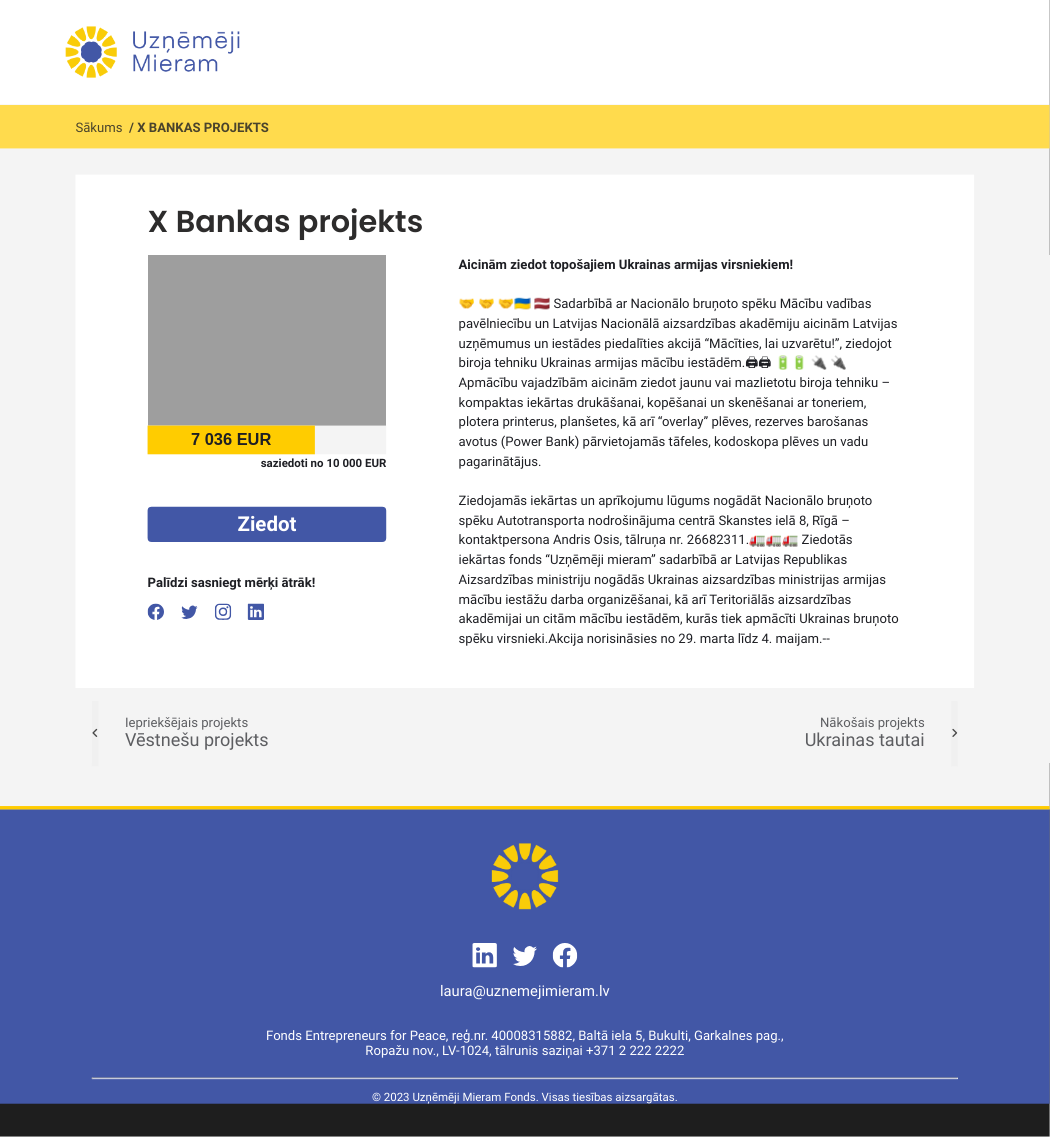
Repository: KatrinaPa/projekts11
Page: projekts-xbank.html
An editor plug-in stored every save of this project. The page is shown before and after the next save, followed by the edit.
The browser window is 1280 px wide. The pictures show the whole page, at 82% of full size.
Pictures or frames that could not be fetched are drawn as grey boxes.

Above is the page before, as saved 2023-05-30 23:46:29.
Console error: TypeError: Cannot read properties of null (reading 'children')

### projekts-xbank.html
<!DOCTYPE html>
<html lang="en">

<head>
    <meta charset="UTF-8">
    <meta http-equiv="X-UA-Compatible" content="IE=edge">
    <meta name="viewport" content="width=device-width, initial-scale=1.0">
    <title>X Banka</title>
    <link rel="preconnect" href="https://fonts.googleapis.com">
    <link rel="preconnect" href="https://fonts.gstatic.com" crossorigin>
    <link href="https://fonts.googleapis.com/css2?family=Poppins:wght@300;400;500;600;700&display=swap"
        rel="stylesheet">
    <link rel="preconnect" href="https://fonts.googleapis.com">
    <link rel="preconnect" href="https://fonts.gstatic.com" crossorigin>
    <link href="https://fonts.googleapis.com/css2?family=Poppins:wght@300;400;500;600&display=swap" rel="stylesheet">
    <link rel="stylesheet" href="./assets/main.css" />
    <link rel="stylesheet" href="./assets/projekti.css" />
    <link rel="stylesheet" href="https://cdnjs.cloudflare.com/ajax/libs/font-awesome/6.2.0/css/all.min.css" />
    <script src="assets/main.js" defer></script>
</head>

<body>
    <div class="panel">
        <header class="header">
            <nav class="navbar">
                <a href="sakums.html" id="project-nav-home"><img src="assets/images/UM_logo.png" alt="uznemejiMieram"
                        id="logo"></a>
                <div class="navigation">
                    <ul class="nav-menu">
                        <li class="nav-item"><a href="sakums.html" class="nav-link">Sākums</a></li>
                        <li class="nav-item"><a href="donate_projects.html" class="nav-link">Ziedot</a></li>
                    </ul>
                    <div class="hamburger">
                        <span class="bar"></span>
                        <span class="bar"></span>
                        <span class="bar"></span>
                    </div>
                </div>
            </nav>
        </header>
        <main>
            <section id="wrapper_project" class="section_project">
                <div class="project-nav">
                    <a href="sakums.html" id="project-nav-home">Sākums</a>
                    <p>/ X BANKAS PROJEKTS</p>
                </div>
                <div class="carousel_project">
                    <h1>X Bankas projekts</h1>
                    <div class="wrapper_donate_project">
                        <div class="donate_project-left">
                            <img src="assets/images/img_01.jpg" alt="">
                            <div class="thMeter_raised">
                                <div class="thMeter-wrapper">
                                    <button id="thMeter-proj-xbank">7 036 EUR</button>
                                    <p>saziedoti no 10 000 EUR</p>
                                </div>
                            </div>

                            <div class="btn_ziedot-project">
                                <a href="donate_Ukr-private-onetime.html" class="ziedot-proj"
                                    id="ziedot-proj-xbank">Ziedot</a>
                            </div>
                            <div class="share">
                                <p>Palīdzi sasniegt mērķi ātrāk!</p>
                                <div>
                                    <svg xmlns="http://www.w3.org/2000/svg" width="20" height="20" fill="#4257A6"
                                        class="bi bi-facebook" viewBox="0 0 16 16">
                                        <path
                                            d="M16 8.049c0-4.446-3.582-8.05-8-8.05C3.58 0-.002 3.603-.002 8.05c0 4.017 2.926 7.347 6.75 7.951v-5.625h-2.03V8.05H6.75V6.275c0-2.017 1.195-3.131 3.022-3.131.876 0 1.791.157 1.791.157v1.98h-1.009c-.993 0-1.303.621-1.303 1.258v1.51h2.218l-.354 2.326H9.25V16c3.824-.604 6.75-3.934 6.75-7.951z" />
                                    </svg>
                                    <svg xmlns="http://www.w3.org/2000/svg" width="20" height="20" fill="#4257A6"
                                        class="bi bi-twitter" viewBox="0 0 16 16">
                                        <path
                                            d="M5.026 15c6.038 0 9.341-5.003 9.341-9.334 0-.14 0-.282-.006-.422A6.685 6.685 0 0 0 16 3.542a6.658 6.658 0 0 1-1.889.518 3.301 3.301 0 0 0 1.447-1.817 6.533 6.533 0 0 1-2.087.793A3.286 3.286 0 0 0 7.875 6.03a9.325 9.325 0 0 1-6.767-3.429 3.289 3.289 0 0 0 1.018 4.382A3.323 3.323 0 0 1 .64 6.575v.045a3.288 3.288 0 0 0 2.632 3.218 3.203 3.203 0 0 1-.865.115 3.23 3.23 0 0 1-.614-.057 3.283 3.283 0 0 0 3.067 2.277A6.588 6.588 0 0 1 .78 13.58a6.32 6.32 0 0 1-.78-.045A9.344 9.344 0 0 0 5.026 15z" />
                                    </svg>
                                    <svg xmlns="http://www.w3.org/2000/svg" width="20" height="20" fill="#4257A6"
                                        class="bi bi-instagram" viewBox="0 0 16 16">
                                        <path
                                            d="M8 0C5.829 0 5.556.01 4.703.048 3.85.088 3.269.222 2.76.42a3.917 3.917 0 0 0-1.417.923A3.927 3.927 0 0 0 .42 2.76C.222 3.268.087 3.85.048 4.7.01 5.555 0 5.827 0 8.001c0 2.172.01 2.444.048 3.297.04.852.174 1.433.372 1.942.205.526.478.972.923 1.417.444.445.89.719 1.416.923.51.198 1.09.333 1.942.372C5.555 15.99 5.827 16 8 16s2.444-.01 3.298-.048c.851-.04 1.434-.174 1.943-.372a3.916 3.916 0 0 0 1.416-.923c.445-.445.718-.891.923-1.417.197-.509.332-1.09.372-1.942C15.99 10.445 16 10.173 16 8s-.01-2.445-.048-3.299c-.04-.851-.175-1.433-.372-1.941a3.926 3.926 0 0 0-.923-1.417A3.911 3.911 0 0 0 13.24.42c-.51-.198-1.092-.333-1.943-.372C10.443.01 10.172 0 7.998 0h.003zm-.717 1.442h.718c2.136 0 2.389.007 3.232.046.78.035 1.204.166 1.486.275.373.145.64.319.92.599.28.28.453.546.598.92.11.281.24.705.275 1.485.039.843.047 1.096.047 3.231s-.008 2.389-.047 3.232c-.035.78-.166 1.203-.275 1.485a2.47 2.47 0 0 1-.599.919c-.28.28-.546.453-.92.598-.28.11-.704.24-1.485.276-.843.038-1.096.047-3.232.047s-2.39-.009-3.233-.047c-.78-.036-1.203-.166-1.485-.276a2.478 2.478 0 0 1-.92-.598 2.48 2.48 0 0 1-.6-.92c-.109-.281-.24-.705-.275-1.485-.038-.843-.046-1.096-.046-3.233 0-2.136.008-2.388.046-3.231.036-.78.166-1.204.276-1.486.145-.373.319-.64.599-.92.28-.28.546-.453.92-.598.282-.11.705-.24 1.485-.276.738-.034 1.024-.044 2.515-.045v.002zm4.988 1.328a.96.96 0 1 0 0 1.92.96.96 0 0 0 0-1.92zm-4.27 1.122a4.109 4.109 0 1 0 0 8.217 4.109 4.109 0 0 0 0-8.217zm0 1.441a2.667 2.667 0 1 1 0 5.334 2.667 2.667 0 0 1 0-5.334z" />
                                    </svg>
                                    <svg xmlns="http://www.w3.org/2000/svg" width="20" height="20" fill="#4257A6"
                                        class="bi bi-linkedin" viewBox="0 0 16 16">
                                        <path
                                            d="M0 1.146C0 .513.526 0 1.175 0h13.65C15.474 0 16 .513 16 1.146v13.708c0 .633-.526 1.146-1.175 1.146H1.175C.526 16 0 15.487 0 14.854V1.146zm4.943 12.248V6.169H2.542v7.225h2.401zm-1.2-8.212c.837 0 1.358-.554 1.358-1.248-.015-.709-.52-1.248-1.342-1.248-.822 0-1.359.54-1.359 1.248 0 .694.521 1.248 1.327 1.248h.016zm4.908 8.212V9.359c0-.216.016-.432.08-.586.173-.431.568-.878 1.232-.878.869 0 1.216.662 1.216 1.634v3.865h2.401V9.25c0-2.22-1.184-3.252-2.764-3.252-1.274 0-1.845.7-2.165 1.193v.025h-.016a5.54 5.54 0 0 1 .016-.025V6.169h-2.4c.03.678 0 7.225 0 7.225h2.4z" />
                                    </svg>
                                </div>
                            </div>
                        </div>
                        <div class="donate_project-right">
                            <button class="wrapper_btn-up top">
                                <i id="up" class="fa-solid fa-angle-up"></i>
                            </button>
                            <p><strong>Aicinām ziedot topošajiem Ukrainas armijas virsniekiem!</strong>
                                <br><br>
                                🤝 🤝 🤝🇺🇦 🇱🇻 Sadarbībā ar Nacionālo bruņoto spēku Mācību vadības
                                pavēlniecību un Latvijas Nacionālā aizsardzības akadēmiju aicinām
                                Latvijas
                                uzņēmumus un iestādes piedalīties akcijā “Mācīties, lai uzvarētu!”,
                                ziedojot
                                biroja tehniku Ukrainas armijas mācību iestādēm.🖨🖨 🔋🔋 🔌 🔌 Apmācību
                                vajadzībām aicinām ziedot jaunu vai mazlietotu biroja tehniku –
                                kompaktas
                                iekārtas drukāšanai, kopēšanai un skenēšanai ar toneriem, plotera
                                printerus,
                                planšetes, kā arī “overlay” plēves, rezerves barošanas avotus (Power
                                Bank)
                                pārvietojamās tāfeles, kodoskopa plēves un vadu pagarinātājus. <br><br>

                                Ziedojamās iekārtas un aprīkojumu lūgums nogādāt Nacionālo bruņoto spēku
                                Autotransporta nodrošinājuma centrā Skanstes ielā 8, Rīgā –
                                kontaktpersona
                                Andris Osis, tālruņa nr. 26682311.🚛🚛🚛 Ziedotās iekārtas fonds
                                “Uzņēmēji
                                mieram” sadarbībā ar Latvijas Republikas Aizsardzības ministriju nogādās
                                Ukrainas aizsardzības ministrijas armijas mācību iestāžu darba
                                organizēšanai, kā arī Teritoriālās aizsardzības akadēmijai un citām
                                mācību
                                iestādēm, kurās tiek apmācīti Ukrainas bruņoto spēku virsnieki.Akcija
                                norisināsies no 29. marta līdz 4. maijam.--
                            </p>
                            <button class="wrapper_btn-up bottom">
                                <i id="up" class="fa-solid fa-angle-up"></i>
                            </button>
                        </div>
                    </div>
                </div>
                <div class="to-project">
                    <div class="previous">
                        <button class="carousel_proj_btn carousel_proj_btn-left">
                            <i id="left" class="fa-solid fa-angle-left"></i>
                        </button>
                        <div>
                            <p>Iepriekšējais projekts</p>
                            <a href="projekts-ambassadors.html" id="project-nav-ambassadors">Vēstnešu projekts</a>
                        </div>
                    </div>
                    <div class="next">
                        <div>
                            <p>Nākošais projekts</p>
                            <a href="projekts-donateUkr.html" id="project-nav-donate">Ukrainas tautai</a>
                        </div>
                        <button class="carousel_proj_btn carousel_proj_btn-right">
                            <i id="right" class="fa-solid fa-angle-right"></i>
                        </button>
                    </div>
                </div>
                <div class="yellow-bottom"></div>
            </section>
        </main>
    </div>
    <footer>
        <div class="about">
            <img src="assets/images/UM_simbols.png" alt="uznemejiMieram">
            <div class="social">
                <svg xmlns="http://www.w3.org/2000/svg" width="30" height="30" fill="#ffffff" class="bi bi-linkedin"
                    viewBox="0 0 16 16">
                    <path
                        d="M0 1.146C0 .513.526 0 1.175 0h13.65C15.474 0 16 .513 16 1.146v13.708c0 .633-.526 1.146-1.175 1.146H1.175C.526 16 0 15.487 0 14.854V1.146zm4.943 12.248V6.169H2.542v7.225h2.401zm-1.2-8.212c.837 0 1.358-.554 1.358-1.248-.015-.709-.52-1.248-1.342-1.248-.822 0-1.359.54-1.359 1.248 0 .694.521 1.248 1.327 1.248h.016zm4.908 8.212V9.359c0-.216.016-.432.08-.586.173-.431.568-.878 1.232-.878.869 0 1.216.662 1.216 1.634v3.865h2.401V9.25c0-2.22-1.184-3.252-2.764-3.252-1.274 0-1.845.7-2.165 1.193v.025h-.016a5.54 5.54 0 0 1 .016-.025V6.169h-2.4c.03.678 0 7.225 0 7.225h2.4z" />
                </svg>
                <svg xmlns="http://www.w3.org/2000/svg" width="30" height="30" fill="#ffffff" class="bi bi-twitter"
                    viewBox="0 0 16 16">
                    <path
                        d="M5.026 15c6.038 0 9.341-5.003 9.341-9.334 0-.14 0-.282-.006-.422A6.685 6.685 0 0 0 16 3.542a6.658 6.658 0 0 1-1.889.518 3.301 3.301 0 0 0 1.447-1.817 6.533 6.533 0 0 1-2.087.793A3.286 3.286 0 0 0 7.875 6.03a9.325 9.325 0 0 1-6.767-3.429 3.289 3.289 0 0 0 1.018 4.382A3.323 3.323 0 0 1 .64 6.575v.045a3.288 3.288 0 0 0 2.632 3.218 3.203 3.203 0 0 1-.865.115 3.23 3.23 0 0 1-.614-.057 3.283 3.283 0 0 0 3.067 2.277A6.588 6.588 0 0 1 .78 13.58a6.32 6.32 0 0 1-.78-.045A9.344 9.344 0 0 0 5.026 15z" />
                </svg>
                <svg xmlns="http://www.w3.org/2000/svg" width="30" height="30" fill="#ffffff" class="bi bi-facebook"
                    viewBox="0 0 16 16">
                    <path
                        d="M16 8.049c0-4.446-3.582-8.05-8-8.05C3.58 0-.002 3.603-.002 8.05c0 4.017 2.926 7.347 6.75 7.951v-5.625h-2.03V8.05H6.75V6.275c0-2.017 1.195-3.131 3.022-3.131.876 0 1.791.157 1.791.157v1.98h-1.009c-.993 0-1.303.621-1.303 1.258v1.51h2.218l-.354 2.326H9.25V16c3.824-.604 6.75-3.934 6.75-7.951z" />
                </svg>
            </div>
            <div class="contacts">
                <p>laura@uznemejimieram.lv</p>
                <p>Fonds Entrepreneurs for Peace, reģ.nr. 40008315882, Baltā iela 5, Bukulti, Garkalnes pag., Ropažu
                    nov., LV-1024, tālrunis saziņai +371 2 222 2222</p>
            </div>
        </div>
        <div class="copy">
            <hr>
            <p>© 2023 Uzņēmēji Mieram Fonds. Visas tiesības aizsargātas.</p>
        </div>
    </footer>
    </div>

</body>

</html>

### assets/projekti.css
#wrapper_project {
    background-color: #f4f4f4;
    font-family: 'Roboto';
}

.section_project {}

h1 {
    font-size: 37px;
    line-height: 50px;
}

.project-nav {
    display: flex;
    flex-direction: row;
    gap: 0.5rem;
    padding: 1.1rem 5.75rem 0 5.75rem;
    background-color: #FFDB4D;
}

.project-nav a {
    text-decoration: none;
    color: #1E1F24;
    font-size: 16px;
    font-weight: 400;
    opacity: 80%;
}

.project-nav a:hover {
    font-weight: 600;
    cursor: pointer;
    opacity: 100%;
}

.project-nav p {
    text-decoration: none;
    color: #1E1F24;
    font-size: 16px;
    font-weight: 600;
    margin-block-start: 0;
    opacity: 80%;
}

.carousel_project {
    position: relative;
    background-color: #ffffff;
    margin: 2rem 5.75rem 2rem 5.75rem;
}

.carousel_proj_btn {
    height: 100%;
    margin-top: -1rem;
    padding: 0;
    border: 0;
}

.donate_project-left img {
    width: 100%;
    height: 13rem;
    object-fit: cover;
}

.wrapper_donate_project {
    display: flex;
    flex-direction: row;
    transition: transform 0ms ease-in;
}

.carousel_project h1 {
    padding: 2rem 0 1rem 5.5rem;
}

.donate_project-left {
    display: flex;
    flex-direction: column;
    width: 35%;
    margin: 0 0 2rem 5.5rem;
}

.donate_project-right {
    width: 65%;
    height: 100%;
    margin: 0rem 5.5rem 2rem 5.5rem;
    margin-block-start: 0;
}

.donate_project-right p {
    margin-block-start: 0;
    line-height: 24px;
    font-size: 16px;
    color: #1E1F24;
}

.wrapper_project_donate i {
    position: absolute;
    cursor: pointer;
    font-size: 20px;
    color: rgba(0, 0, 0, 0.7);
}

.wrapper_btn-up {
    border-style: none;
    background: none;
    order: 2;
    grid-column: 1/-1;
    display: flex;
    justify-content: flex-end;
}

.wrapper_project_donate p {
    margin: 0;
    grid-column: 1/-1;
}

.thMeter-wrapper {
    width: 100%;
    background-color: #f4f4f4;
    margin: 0;
}

#thMeter-proj-support,
#thMeter-proj-cars,
#thMeter-proj-drones,
#thMeter-proj-npa,
#thMeter-proj-ambassadors,
#thMeter-proj-xbank {
    background-color: #ffcc00;
}

.support-span,
.nmp-span,
.drones-span,
.cars-span {
    color: #1E1F24;
    font-size: 14px;
    left: 5rem;
    padding: 0.65rem 0 0 2rem;
}

.thMeter_raised p {
    text-align: right;
    color: #1E1F24;
    font-size: 14px;
    margin: 0.2rem 0 1rem 0;
}

.thMeter_raised p:first-child {
    margin: 2rem 0 0.3rem 0;
}

.btn_ziedot-project {
    margin-top: 4rem;
}

.share {
    font-size: 16px;
    font-weight: 600;
    margin-top: 1.5rem;
    color: #1E1F24;
}

.share div {
    display: flex;
    gap: 1.3rem;
}

.to-project {
    display: flex;
    flex-direction: row;
    justify-content: space-between;
    height: 5rem;
    font-size: 16px;
    color: #1E1F24;
    opacity: 70%;
    margin: 2rem 7rem 2rem 7rem;
}


.to-project:hover {
    opacity: 100%;
    cursor: pointer;
}

.previous {
    display: flex;
    flex-direction: row;
    gap: 1rem;
}

.previous div {
    margin-left: 1rem;
}

.previous p,
.next p {
    margin-block-end: 0;
    margin-block-start: 0;
}

#project-nav-xbanka,
#project-nav-cars,
#project-nav-ambulances,
#project-nav-donate,
#project-nav-drones,
#project-nav-ambassadors {
    color: #1E1F24;
    font-size: 22px;
    text-decoration: none;
    font-weight: 400;
}

#project-nav-xbanka:hover,
#project-nav-cars:hover,
#project-nav-ambulances:hover,
#project-nav-donate:hover,
#project-nav-drones:hover,
#project-nav-ambassadors:hover {
    font-weight: 600;
}

.next {
    display: flex;
    flex-direction: row;
    gap: 1rem;
}

.next div {
    margin-right: 1rem;
    display: flex;
    flex-direction: column;
    align-items: flex-end;
    text-align: right;
}

.yellow-bottom {
    height: 0.25rem;
    background-color: #ffcc00;
}

@media (min-width: 1280px) {

    .wrapper_thMeter_img {
        width: 32%;
        height: 30rem;
    }

    .wrapper_project_donate {
        width: 68%;
    }
}

@media screen and (max-width: 1279px) {

    .section_project {
        padding: 0;
        margin: 0;
    }

    .project-nav {
        padding: 1.1rem 2rem 0 5rem;
    }

    .wrapper_donate_project {
        display: flex;
        flex-direction: row;
    }

    .donate_project-right {
        margin: 0rem 2rem 2rem 2rem;
    }

    .carousel_project {
        margin: 0px 5rem;
    }

    .carousel_proj_btn i {
        font-size: 33px;
    }

    .wrapper_thMeter_img {
        margin: 0.5rem 2rem 0.5rem 2rem;
    }

    .wrapper_thMeter_img img {
        width: 50%;
        height: 10rem;
    }

    .wrapper_project_donate {
        margin: 0.5rem 2rem 2rem 2rem;
    }

    .wrapper_project_donate p {
        padding-bottom: 2rem;
    }

    .thMeter-btn {
        width: 19rem;
    }

    #share {
        font-size: 18px;
    }

    .thMeter-btn {
        width: 16rem;
    }

    .to-project {
        margin: 2rem;
    }
}

@media screen and (min-width: 701px) {
    .wrapper_btn-up {
        display: none;
    }
}

@media screen and (max-width: 700px) {
    .panel {
        max-width: 480px;
    }

    #wrapper_project {}

    .section_project {
        padding-bottom: 0;
    }

    .project-nav {
        padding: 1.1rem 2rem 0 2rem;
    }

    .carousel_project {
        margin: 0;
        padding: 2rem;
    }

    .carousel_project h1 {
        padding: 1rem 0;
        font-size: 47px;
        line-height: 52px;
    }

    .wrapper_donate_project {
        display: flex;
        flex-direction: column;
    }

    .donate_project-left,
    .donate_project-right {
        width: 100%;
        margin: 0;
    }

    .donate_project-right {
        margin-top: 0.5rem;
    }

    .btn_ziedot-project {
        margin-top: 3rem;
    }

    .share {
        display: flex;
        flex-direction: row-reverse;
        justify-content: center;
        align-items: center;
        gap: 1rem;
    }

    .wrapper_thMeter_img {
        padding: 0;
    }

    .wrapper_thMeter_img p {
        display: none;
    }

    .wrapper_donate_project h1 {
        font-size: 24px;
        padding: 2rem 0 0 3rem;
    }

    .wrapper_project_donate {
        padding: 0;
        display: grid;
        grid-gap: 0.5rem;
        margin: 0.5rem 2rem 1rem 2rem
    }

    .wrapper_project_donate i {
        font-size: 22px;
        color: rgba(0, 0, 0, 0.5);
    }

    .wrapper_thMeter_img img {
        width: 100%;
        height: 15rem;
    }

    #thMeter {
        width: 100%;
        margin: 0.3rem 0 0.7rem 0;
    }

    .thMeter-btn {
        width: 22rem;
    }

    .wrapper_btn-up.top {
        margin: 1rem 0;
    }

    .wrapper_btn-up.bottom {
        margin: 1rem 0;
    }

    .wrapper_project_donate p {
        order: 3;
        padding: 1rem 0;
    }

    .to-project {
        margin: 1rem 0 2rem 0;
    }

}

Loaded but not shown: assets/main.js (97 lines, source omitted); assets/main.css (1929 lines, source omitted)

After the next save:
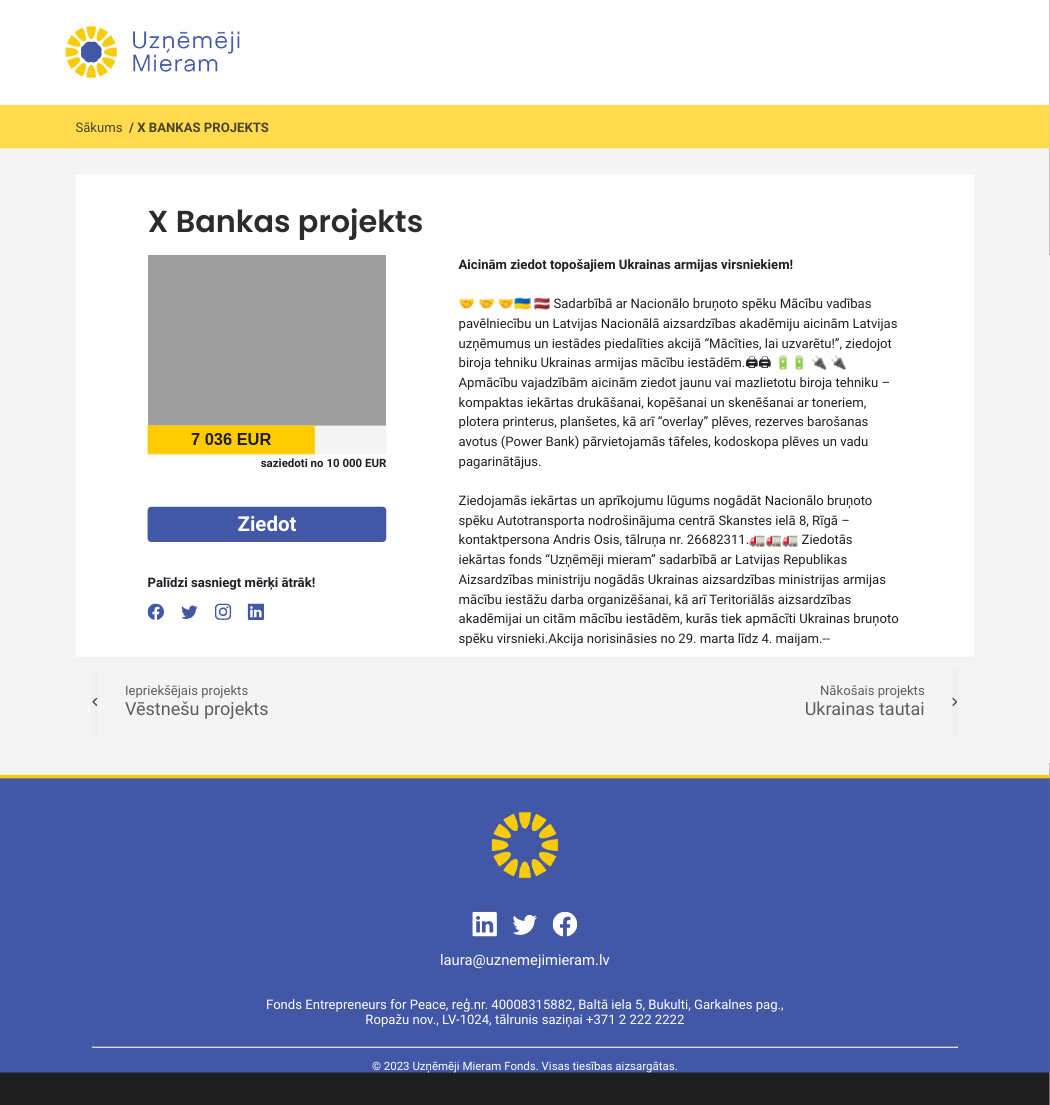
Saved 4 min 56 s later.
--- a/assets/projekti.css
+++ b/assets/projekti.css
@@ -44,7 +44,11 @@ h1 {
 .carousel_project {
     position: relative;
     background-color: #ffffff;
+    display: flex;
+    flex-direction: column;
     margin: 2rem 5.75rem 2rem 5.75rem;
+    width: 68.5rem;
+    height: 36.75rem;
 }
 
 .carousel_proj_btn {
